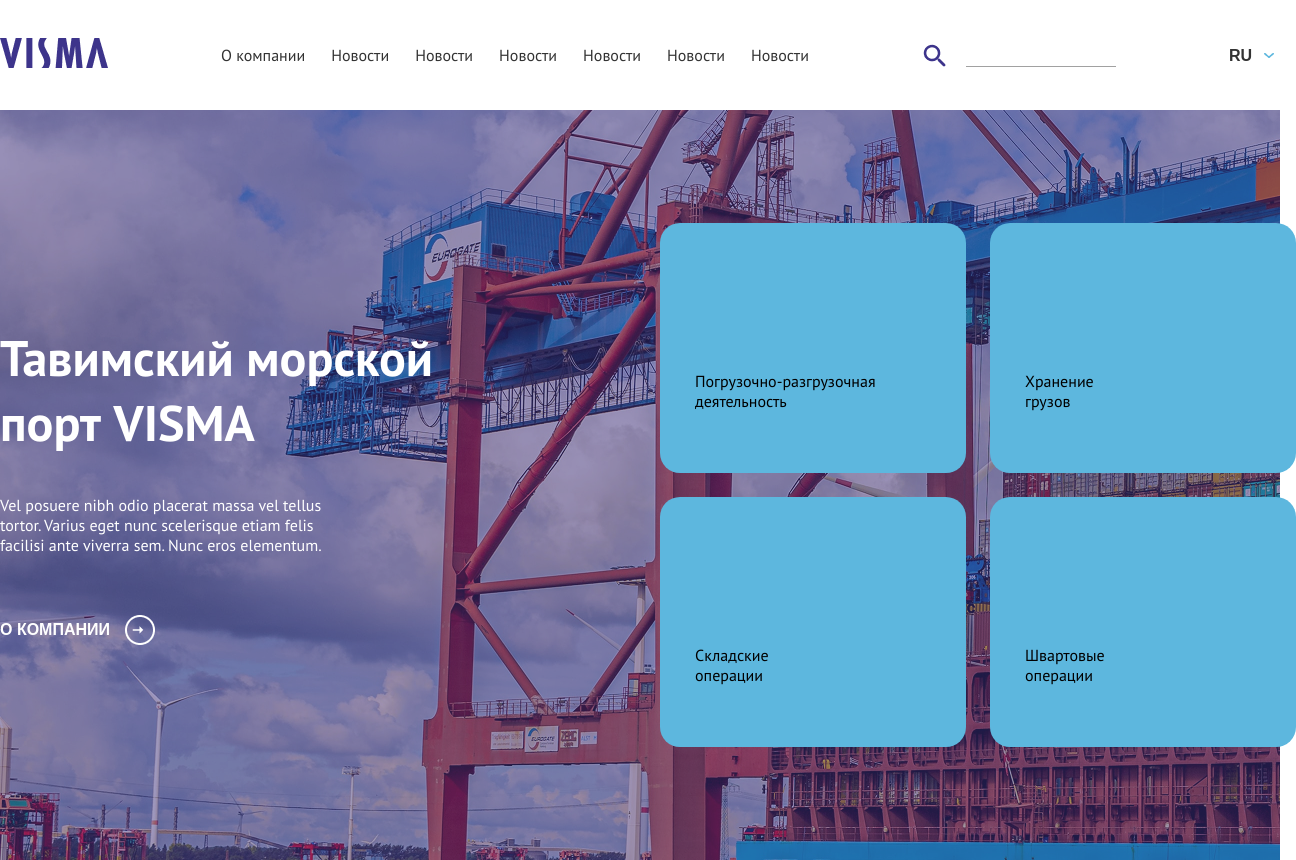
Repository: Shaiyr1/Visma
Page: index.html
These files come from the project's save history. The page is drawn as it stood at one moment and after the next save; the edit follows.
The browser window is 1280 px wide. The page is 1296 px wide, so the pictures cover 1296 px, including what lies to the right of the window. The pictures show the whole page.
The style sheet was rebuilt from its Sass, Less or Tailwind sources for each picture, by a compiler version that may differ from the author's.

Above is the page before, as saved 2026-09-15 14:48:12.

### index.html
<!DOCTYPE html>
<html lang="en">
<head>
    <meta charset="UTF-8">
    <meta http-equiv="X-UA-Compatible" content="IE=edge">
    <meta name="viewport" content="width=device-width, initial-scale=1.0">
    <link rel="stylesheet" href="./src/css/style.css">
    <title>Document</title>
</head>
<body>
    <header class="header">
        <nav class="header-nav">
            <a class="header-nav__link" href="#">
                <img class="header-nav__logo" src="./src/img/Vector (1).png" alt="logo">
            </a>
            <ul class="header-nav__ul">
                <li class="header-nav__li">
                    <a class="header-nav__li-link" href="#">О компании</a>
                </li>
                <li class="header-nav__li">
                    <a class="header-nav__li-link" href="#">Новости</a>
                </li>
                <li class="header-nav__li">
                    <a class="header-nav__li-link" href="#">Новости</a>
                </li>
                <li class="header-nav__li">
                    <a class="header-nav__li-link" href="#">Новости</a>
                </li>
                <li class="header-nav__li">
                    <a class="header-nav__li-link" href="#">Новости</a>
                </li>
                <li class="header-nav__li">
                    <a class="header-nav__li-link" href="#">Новости</a>
                </li>
                <li class="header-nav__li">
                    <a class="header-nav__li-link" href="#">Новости</a>
                </li>
            </ul>
            <label class="header-nav__label" for="">
                <img class="header-nav__icon" src="./src/img/ic_round-search.png" alt="icon">
                <input class="header-nav__input" type="search">
            </label>
            <select class="header-nav__select" name="" id="">
                <option class="header-nav__option" value="">RU</option>
                <option class="header-nav__option" value="">ENG</option>
            </select>
        </nav>
    </header>
    <main>
        <section class="home">
            <div class="container home__blocks">
                <div class="home-block">
                    <h1 class="home-block__title">Тавимский морской порт VISMA</h1>
                    <p class="home-block__subtitle">
                        Vel posuere nibh odio placerat massa vel tellus tortor. Varius eget nunc scelerisque etiam felis facilisi ante viverra sem. Nunc eros elementum.
                    </p>
                    <button class="home-block__btn">
                        О КОМПАНИИ
                        <img class="home-block__btn-icon" src="./src/img/Group 7.png" alt="">
                    </button>
                </div>
                <div class="home-services">
                    <div class="home-services__item">
                        <span class="home-services__item-span"></span>
                        <p class="home-services__item-text">
                            Погрузочно-разгрузочная <br> деятельность
                        </p>
                    </div>
                    <div class="home-services__item">
                        <span class="home-services__item-span"></span>
                        <p class="home-services__item-text">
                            Хранение <br> грузов
                        </p>
                    </div>
                    <div class="home-services__item">
                        <span class="home-services__item-span"></span>
                        <p class="home-services__item-text">
                            Складские <br> операции
                        </p>
                    </div>
                    <div class="home-services__item">
                        <span class="home-services__item-span"></span>
                        <p class="home-services__item-text">
                            Швартовые <br> операции
                        </p>
                    </div>
                </div>
            </div>
        </section>
    </main>
</body>

</html>

### src/scss/style.scss
* {
    margin: 0;
    padding: 0;
    box-sizing: border-box;
}

@import url('https://fonts.googleapis.com/css2?family=PT+Sans:ital,wght@0,400;0,700;1,400;1,700&display=swap');

body {
    font-family: "PT Sans", sans-serif;
}
.container {
    width: 1296px;
    margin: 0 auto;
}

@import "header";
@import "home";

### src/scss/header.scss
.header {

    &-nav {
        width: 1296px;
        height: 110px;
        margin: 0 auto;
        display: flex;
        align-items: center;
        gap: 113px;

        &__link {}

        &__logo {}

        &__ul {
            display: flex;
            align-items: center;
            justify-content: center;
            gap: 26px;
            list-style-type: none;
        }

        &__li {
            &-link {
                text-decoration: none;
                color: #333333;
                font-size: 16px;
            }
        }

        &__label {
            display: flex;
            align-items: flex-end;
            justify-content: center;
            gap: 20px;
        }

        &__icon {}

        &__input {
            width: 150px;
            border: none;
            outline: none;
            border-bottom: 1px solid rgb(161, 161, 161);
        }

        &__select {
            background: none;
            border: none;
            color: #333333;
            font-size: 16px;
            font-weight: bold;
            outline: none;
            appearance: none;
            padding-right: 30px;
            background-image: url("../img/material-symbols_keyboard-arrow-down-rounded.png");
            background-position: right 20px center;
            background-repeat: no-repeat;
        }
    }
}

### src/scss/home.scss
.home {
    width: 100%;
    height: 750px;
    background-image: url("../img/Rectangle\ 23\ \(6\).png");
    background-repeat: no-repeat;
    background-size: cover;
    padding: 113px 0;

    &__blocks {
        display: flex;
        align-items: center;
        gap: 134px;
    }

    &-block {
        width: 526px;

        &__title {
            width: 526px;
            color: #ffffff;
            text-align: left;
            font-weight: 700;
            font-size: 50px;
        }

        &__subtitle {
            width: 322px;
            margin: 40px 0 60px;
            color: #ffffff;
            text-align: left;
            font-size: 16px;
        }

        &__btn {
            width: 159px;
            height: 30px;
            display: flex;
            justify-content: flex-start;
            align-items: center;
            gap: 15px;
            border: none;
            outline: none;
            cursor: pointer;
            color: #ffffff;
            text-align: left;
            font-size: 16px;
            font-weight: 700;
            background: none;


            &-icon {}
        }
    }

    &-services {
        display: flex;
        flex-wrap: wrap;
        gap: 24px;

        &__item {
            background-color: #5db7de;
            width: 306px;
            height: 250px;
            border-radius: 20px;
            padding: 30px 35px;
            display: flex;
            flex-direction: column;
            align-items: flex-start;
            gap: 118px;

            &-span {
                color: #ffffff;
                text-align: left;
                font-size: 13px;
                font-weight: 700;

            }

            &-text {}
        }
    }
}

After the next save:
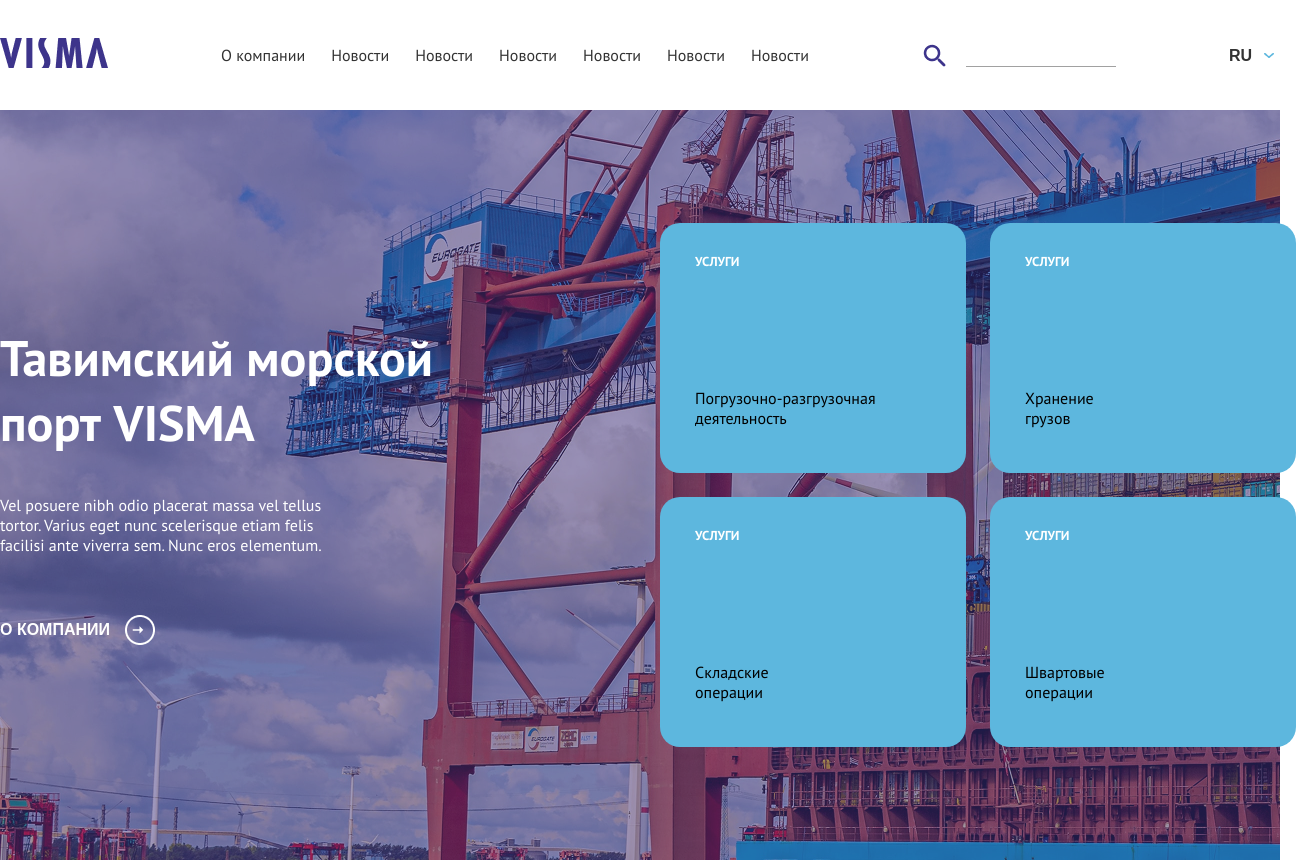
Saved 4 s later.
--- a/index.html
+++ b/index.html
@@ -61,25 +61,25 @@
                 </div>
                 <div class="home-services">
                     <div class="home-services__item">
-                        <span class="home-services__item-span"></span>
+                        <span class="home-services__item-span">УСЛУГИ</span>
                         <p class="home-services__item-text">
                             Погрузочно-разгрузочная <br> деятельность
                         </p>
                     </div>
                     <div class="home-services__item">
-                        <span class="home-services__item-span"></span>
+                        <span class="home-services__item-span">УСЛУГИ</span>
                         <p class="home-services__item-text">
                             Хранение <br> грузов
                         </p>
                     </div>
                     <div class="home-services__item">
-                        <span class="home-services__item-span"></span>
+                        <span class="home-services__item-span">УСЛУГИ</span>
                         <p class="home-services__item-text">
                             Складские <br> операции
                         </p>
                     </div>
                     <div class="home-services__item">
-                        <span class="home-services__item-span"></span>
+                        <span class="home-services__item-span">УСЛУГИ</span>
                         <p class="home-services__item-text">
                             Швартовые <br> операции
                         </p>
